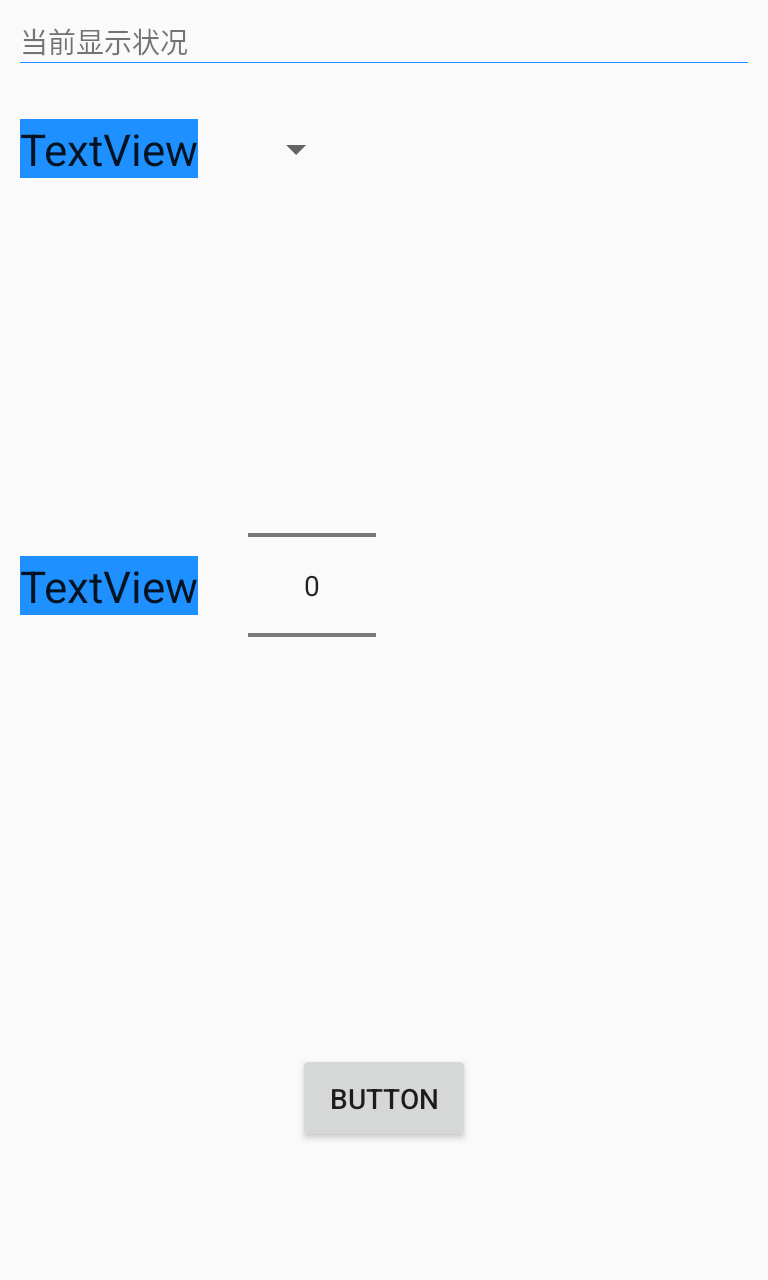
Repository: mimimy/MassagePro
Layout: BLE-Version/MassageTool/res/layout/base_pager.xml
An editor plug-in stored every save of this project. The layout is shown before and after the next save, followed by the edit.
It is drawn on a 768 x 1280 px phone screen (xhdpi) without system bars, with theme AppTheme; the app's code is not run.

Above is the layout before, as saved 2018-07-29 01:24:08.

### BLE-Version/MassageTool/res/layout/base_pager.xml
<LinearLayout xmlns:android="http://schemas.android.com/apk/res/android"
    xmlns:tools="http://schemas.android.com/tools"
    android:layout_width="match_parent"
    android:padding="20px"
    android:layout_height="fill_parent"
    android:orientation="vertical" >

    <TextView
        android:id="@+id/tv_show"
        android:layout_width="match_parent"
        android:layout_height="wrap_content"
        android:layout_gravity="center_vertical"
        android:text="当前显示状况" />
      <TextView
        android:background="#1E90FF"
        android:layout_width="fill_parent"
        android:layout_height="1px"/>

    <LinearLayout
        android:layout_width="match_parent"
        android:layout_height="wrap_content"
        android:orientation="horizontal"
        android:gravity="center_vertical"
        android:layout_weight="1">

        <TextView
            android:id="@+id/textView2"
            android:layout_width="wrap_content"
            android:layout_height="wrap_content"
            android:background="#1E90FF"
            android:textAppearance="?android:attr/textAppearanceLarge"
            android:text="TextView" />

        <Spinner
            android:id="@+id/spinner_time"
            android:layout_marginLeft="50px"
            android:layout_width="wrap_content"
            android:layout_height="wrap_content"/>
    </LinearLayout>

    <LinearLayout
        android:layout_width="match_parent"
        android:layout_height="wrap_content"
        android:orientation="horizontal"
        android:gravity="center_vertical"
        android:layout_weight="3">


        <TextView
            android:id="@+id/textView3"
            android:background="#1E90FF"
            android:layout_width="wrap_content"
            android:layout_height="wrap_content"
            android:textAppearance="?android:attr/textAppearanceLarge"
            android:text="TextView" />

        <NumberPicker
            android:id="@+id/numberPicker1"
            android:layout_marginLeft="50px"
            android:layout_width="wrap_content"
            android:layout_height="wrap_content" />
    </LinearLayout>

    <LinearLayout
        android:layout_width="fill_parent"
        android:layout_height="wrap_content"
        android:gravity="center"
        android:layout_weight="2">

        <Button
            android:id="@+id/button1"
            android:layout_width="wrap_content"
            android:layout_height="wrap_content"

            android:text="Button" />

    </LinearLayout>

</LinearLayout>

### BLE-Version/MassageTool/res/values/styles.xml
<resources>

    <!--
        Base application theme, dependent on API level. This theme is replaced
        by AppBaseTheme from res/values-vXX/styles.xml on newer devices.
    -->
    <style name="AppBaseTheme" parent="android:Theme.Light">
        <!--
            Theme customizations available in newer API levels can go in
            res/values-vXX/styles.xml, while customizations related to
            backward-compatibility can go here.
        -->
    </style>

    <!-- Application theme. -->
    <style name="AppTheme" parent="AppBaseTheme">
        <!-- All customizations that are NOT specific to a particular API-level can go here. -->

    </style>

     <style name="OverflowStyle">
         <item name="android:src">@drawable/blooth</item>
         <item name="android:actionOverflowButtonStyle">@style/OverflowStyle</item>
      </style>
</resources>

Loaded but not shown: BLE-Version/MassageTool/res/values-v11/styles.xml (common file); BLE-Version/MassageTool/res/values-v14/styles.xml (common file)

After the next save:
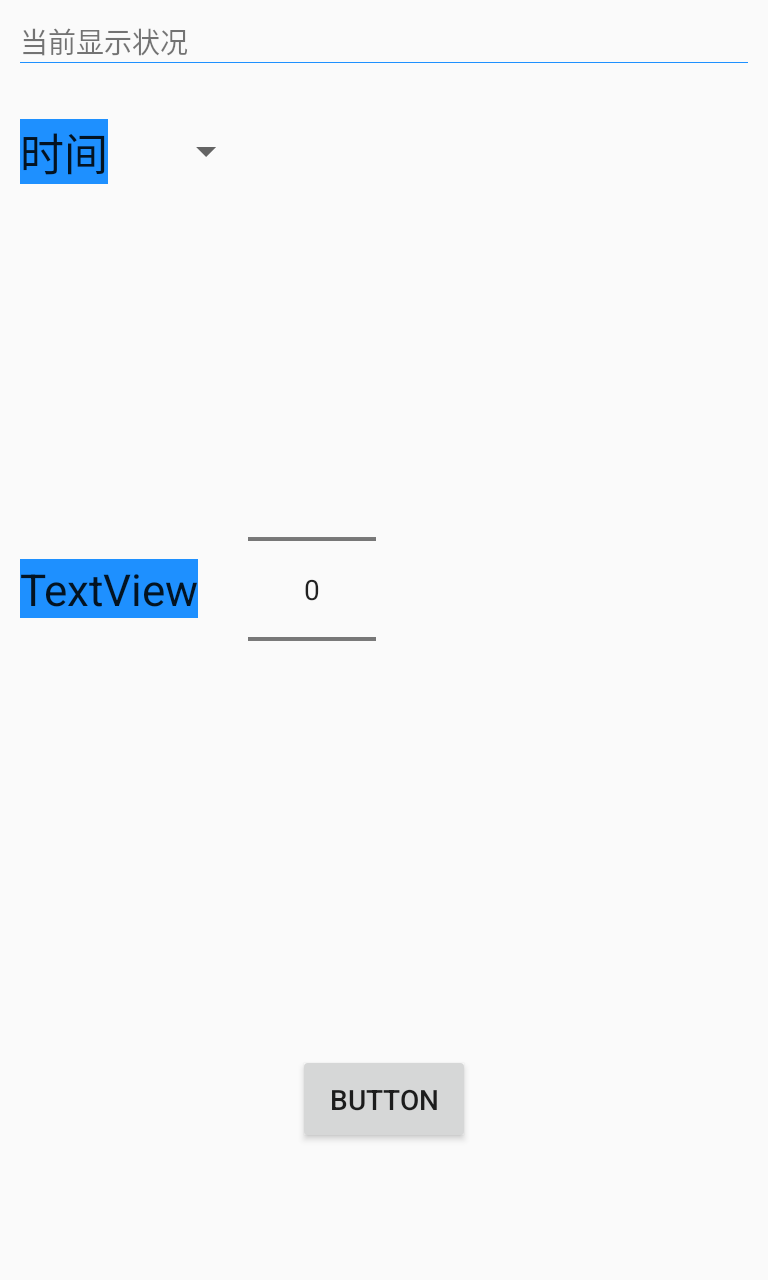
Saved 29 s later.
--- a/BLE-Version/MassageTool/res/layout/base_pager.xml
+++ b/BLE-Version/MassageTool/res/layout/base_pager.xml
@@ -29,7 +29,7 @@
             android:layout_height="wrap_content"
             android:background="#1E90FF"
             android:textAppearance="?android:attr/textAppearanceLarge"
-            android:text="TextView" />
+            android:text="时间" />
 
         <Spinner
             android:id="@+id/spinner_time"
